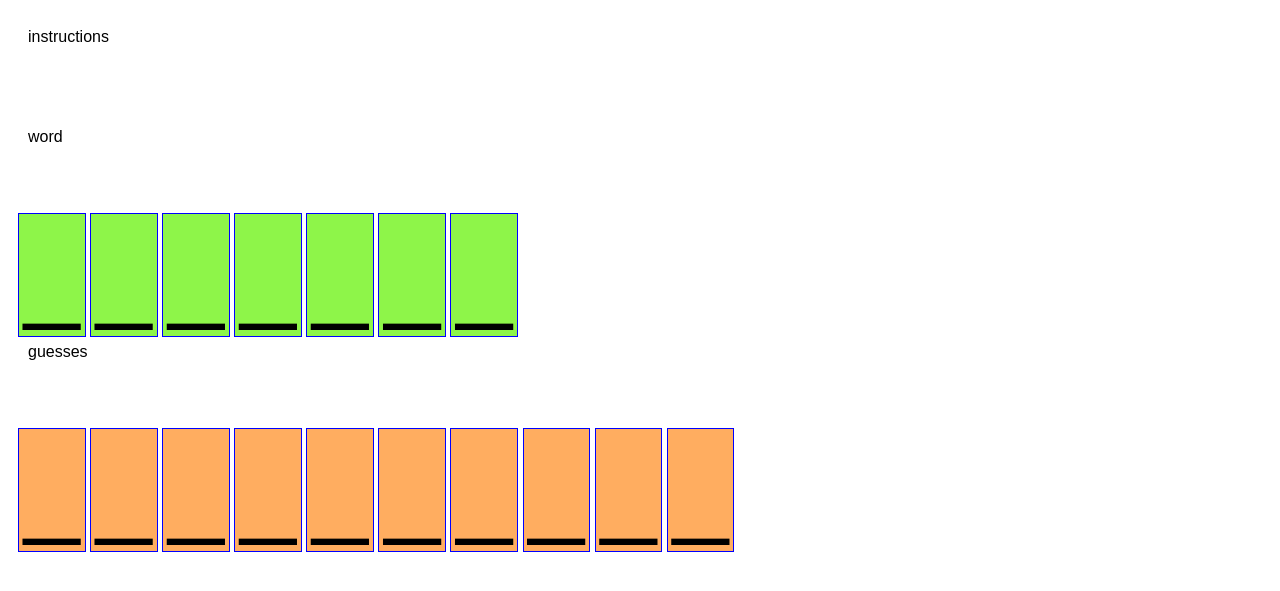
Repository: dsaftler/JavaScript
Page: index.html
An editor plug-in stored every save of this project. The page is shown before and after the next save, followed by the edit.
The browser window is 1280 px wide. The pictures show the whole page.

Above is the page before, as saved 2019-03-28 16:59:45.

After the next save:
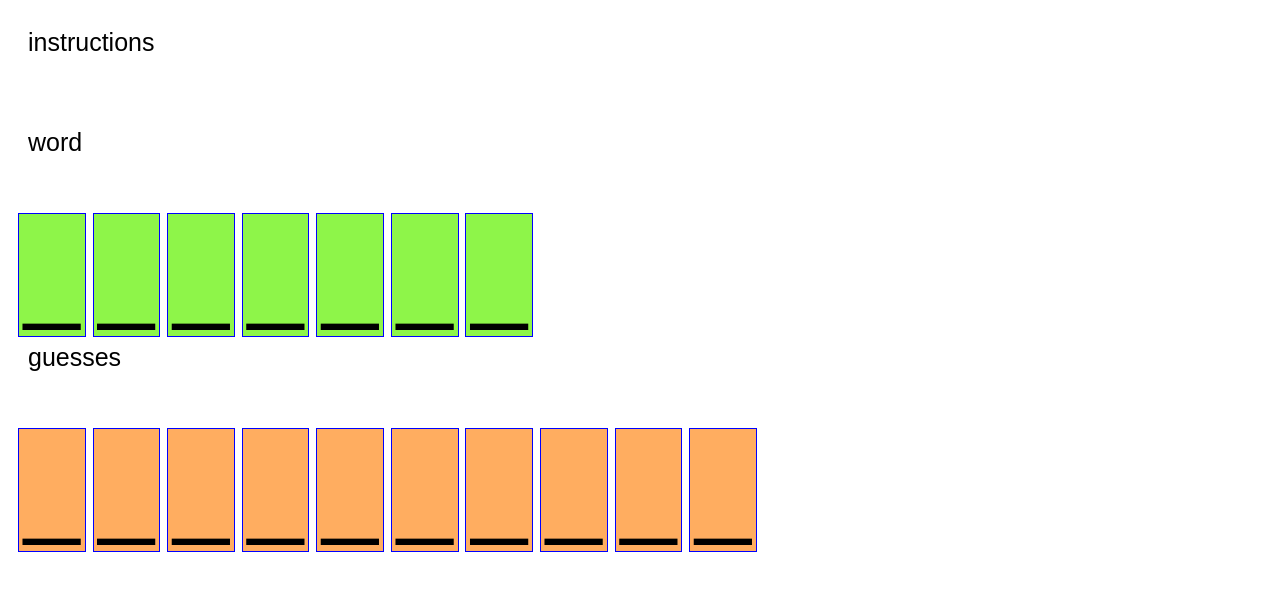
Saved 2 min 3 s later.
--- a/assets/css/style.css
+++ b/assets/css/style.css
@@ -1,6 +1,7 @@
 body {font-family: 'Ubuntu', sans-serif;}
 .showtext {height:80px;
-padding: 10px 10px}
+padding: 10px 10px;
+font-size: 25px;}
 .letter {font-size: 100px;
   display: inline;
   padding: 5px;}
